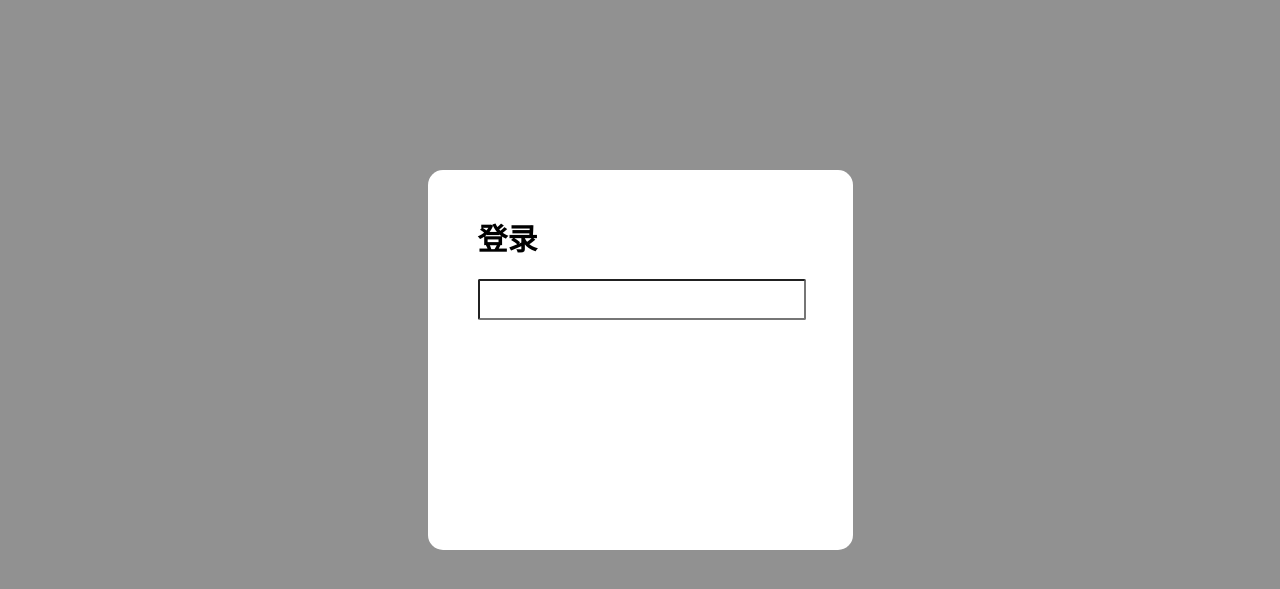
Repository: sjtu-course/homework
Page: GongZening/Week2/Web/LoginPage.html
The author's editor kept a copy of each file at every save. The page is drawn from the files as they stood at one save, then again after the next save.
The browser window is 1280 px wide. The pictures show the whole page.

Above is the page before, as saved 2020-11-07 16:32:01.

After the next save:
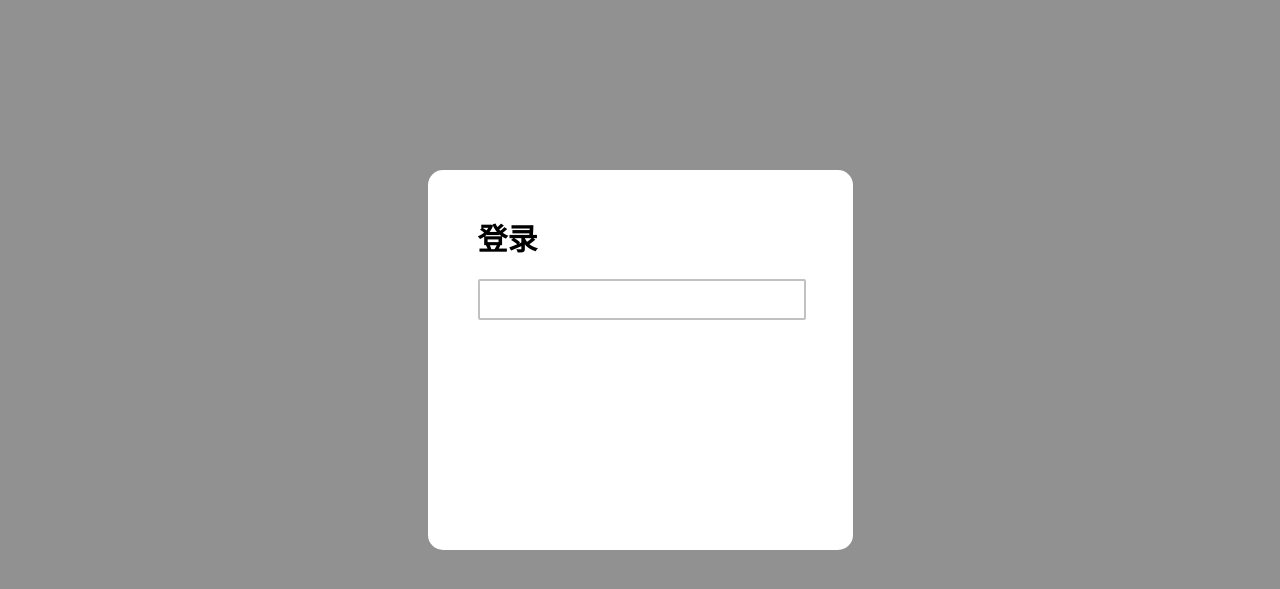
Saved 2 min 9 s later.
--- a/GongZening/Week2/Web/css/Edit_Text.css
+++ b/GongZening/Week2/Web/css/Edit_Text.css
@@ -5,4 +5,5 @@
     margin-left: 50px;
     border-radius: 2px;
     color: #c1c1c1;
+    border:2px solid #c1c1c1;
 }
